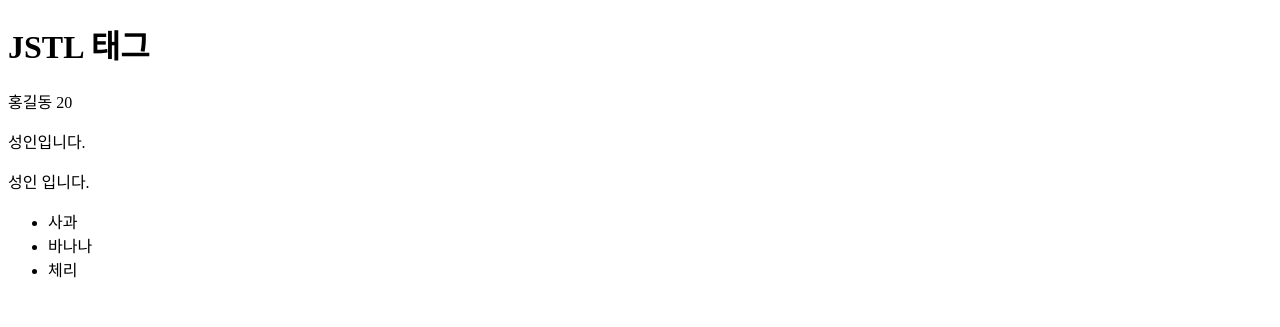
Repository: HwangEojin/homework
Page: http://localhost/day03/jstlTest2.jsp
An editor plug-in stored every save of this project. The page is shown before and after the next save, followed by the edit.
The browser window is 1280 px wide. The pictures show the whole page.
The page is served by Tomcat 9. Other server files are loaded and not shown.

Above is the page before, as saved 2025-01-14 05:56:56.

### week09/day03/src/main/webapp/jstlTest2.jsp
<%@ page language="java" contentType="text/html; charset=UTF-8"
    pageEncoding="UTF-8"%>
<%@ taglib uri="http://java.sun.com/jsp/jstl/core" prefix="c" %>

<!DOCTYPE html>
<html>
<head>
<meta charset="UTF-8">
<title>Insert title here</title>
</head>
<body>
   <h1>JSTL 태그</h1>
   <c:set var="name" value="홍길동"></c:set>
   <c:set var="age" value="20" />

   <c:out value="${name}"></c:out>
   <c:out value="${age}"></c:out>

   <c:if test="${age >= 20}">
      <p>성인입니다.</p>
      </c:if>

   <c:choose>
      <c:when test="${age < 10 }">
         <p>어린이 입니다.</p>
      </c:when>
      <c:when test="${age < 18 }">
         <p>청소년 입니다.</p>
      </c:when>
      <c:otherwise>
         <p>성인 입니다.</p>
      </c:otherwise>
   </c:choose>

      <c:set var="fruits" value="${['사과','바나나','체리'] }"></c:set>
      <ul>
         <c:forEach var="fruit" items="${fruits}">
            <li>${fruit}</li>
         </c:forEach>
      </ul>
</body>
</html>

After the next save:
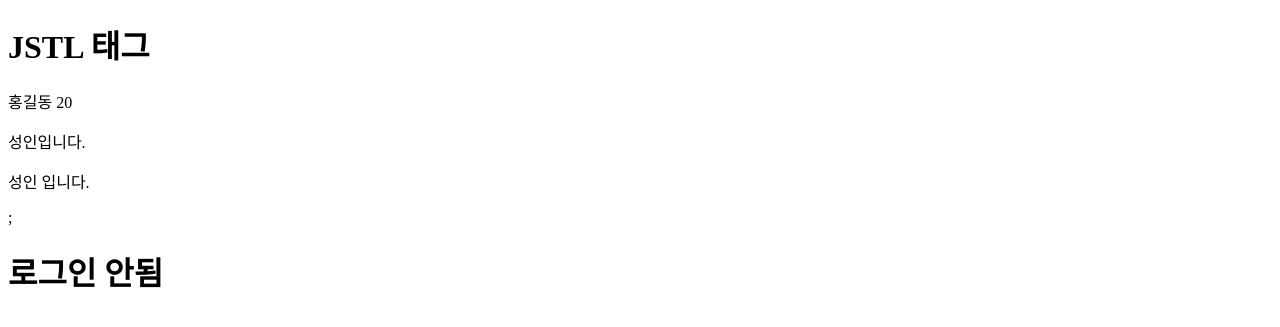
Saved 19 min 29 s later.
--- a/week09/day03/src/main/webapp/jstlTest2.jsp
+++ b/week09/day03/src/main/webapp/jstlTest2.jsp
@@ -1,6 +1,6 @@
 <%@ page language="java" contentType="text/html; charset=UTF-8"
-    pageEncoding="UTF-8"%>
-<%@ taglib uri="http://java.sun.com/jsp/jstl/core" prefix="c" %>
+	pageEncoding="UTF-8"%>
+<%@ taglib uri="http://java.sun.com/jsp/jstl/core" prefix="c"%>
 
 <!DOCTYPE html>
 <html>
@@ -9,34 +9,63 @@
 <title>Insert title here</title>
 </head>
 <body>
-   <h1>JSTL 태그</h1>
-   <c:set var="name" value="홍길동"></c:set>
-   <c:set var="age" value="20" />
+	<h1>JSTL 태그</h1>
+	<c:set var="name" value="홍길동"></c:set>
+	<c:set var="age" value="20" />
 
-   <c:out value="${name}"></c:out>
-   <c:out value="${age}"></c:out>
+	<c:out value="${name}"></c:out>
+	<c:out value="${age}"></c:out>
 
-   <c:if test="${age >= 20}">
-      <p>성인입니다.</p>
-      </c:if>
+	<c:if test="${age >= 20}">
+		<p>성인입니다.</p>
+	</c:if>
 
-   <c:choose>
-      <c:when test="${age < 10 }">
-         <p>어린이 입니다.</p>
-      </c:when>
-      <c:when test="${age < 18 }">
-         <p>청소년 입니다.</p>
-      </c:when>
-      <c:otherwise>
-         <p>성인 입니다.</p>
-      </c:otherwise>
-   </c:choose>
+	<c:choose>
+		<c:when test="${age < 10 }">
+			<p>어린이 입니다.</p>
+		</c:when>
+		<c:when test="${age < 18 }">
+			<p>청소년 입니다.</p>
+		</c:when>
+		<c:otherwise>
+			<p>성인 입니다.</p>
+		</c:otherwise>
+	</c:choose>
 
-      <c:set var="fruits" value="${['사과','바나나','체리'] }"></c:set>
+	<%--  <c:set var="fruits" value="${['사과','바나나','체리'] }"></c:set>
       <ul>
          <c:forEach var="fruit" items="${fruits}">
             <li>${fruit}</li>
          </c:forEach>
-      </ul>
+      </ul> --%>
+
+	<input type="hidden" name="id" value="admin">
+	<c:set var="id" value="${id}"></c:set>
+	;
+
+	<c:choose>
+		<c:when test="${id=='admin'}">
+			<h1>
+				<c:out value="${id}"></c:out>
+			</h1>
+
+		</c:when>
+
+		<c:when test="${id =='member'}">
+			<h1>
+				<c:out value="${id}"></c:out>
+			</h1>
+
+		</c:when>
+		<c:otherwise>
+			<h1>
+				<c:out value="로그인 안됨"></c:out>
+			</h1>
+		</c:otherwise>
+	</c:choose>
+
+
+
+
 </body>
 </html>
